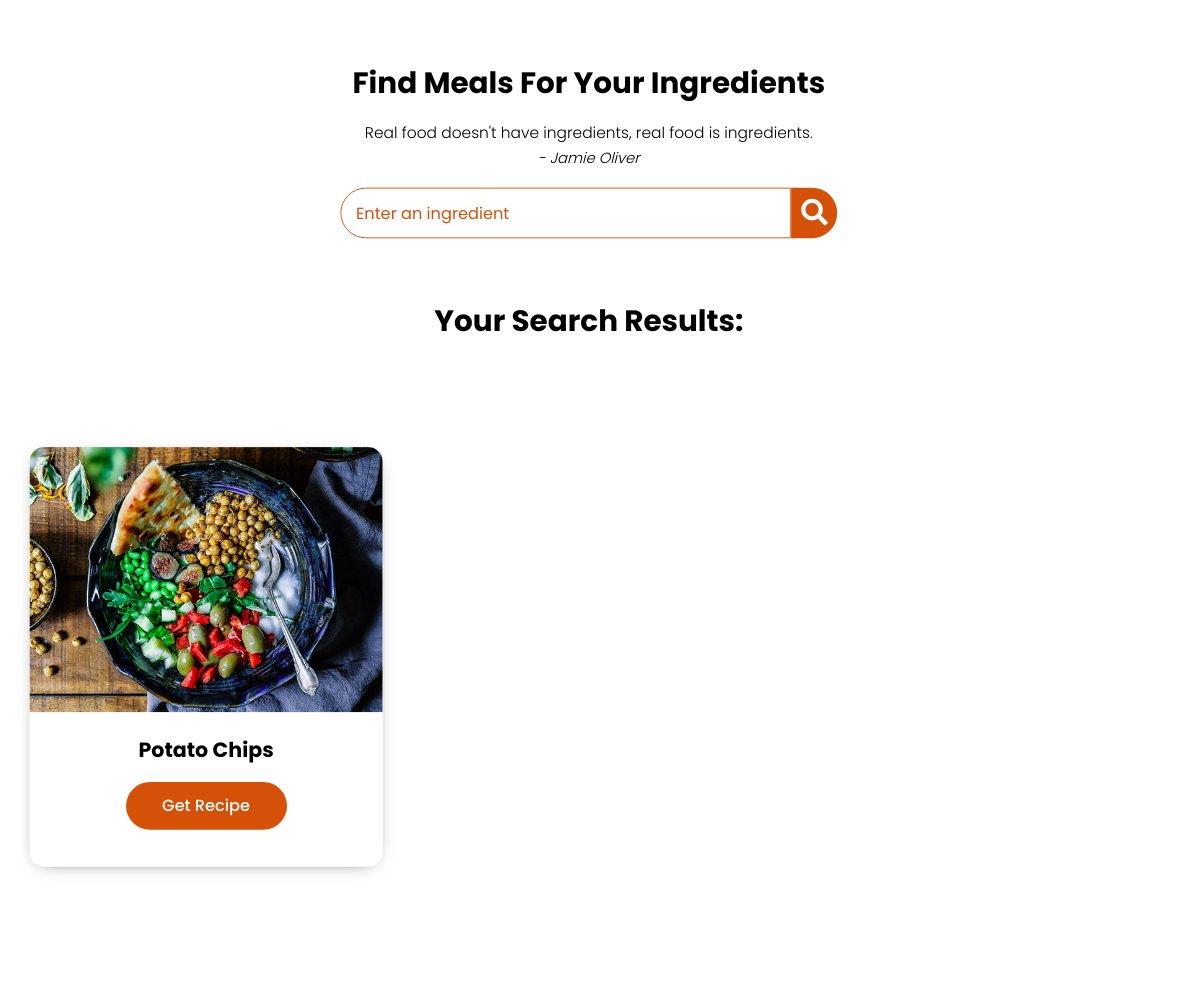
Repository: andrewhuynh561/javascipt
Page: Day 1/index.html
The author's editor kept a copy of each file at every save. The page is drawn from the files as they stood at one save, then again after the next save.
The browser window is 1280 px wide. The pictures show the whole page, at 92% of full size.

Above is the page before, as saved 2023-05-18 18:58:27.
Not found: Day 1/script.js

After the next save:
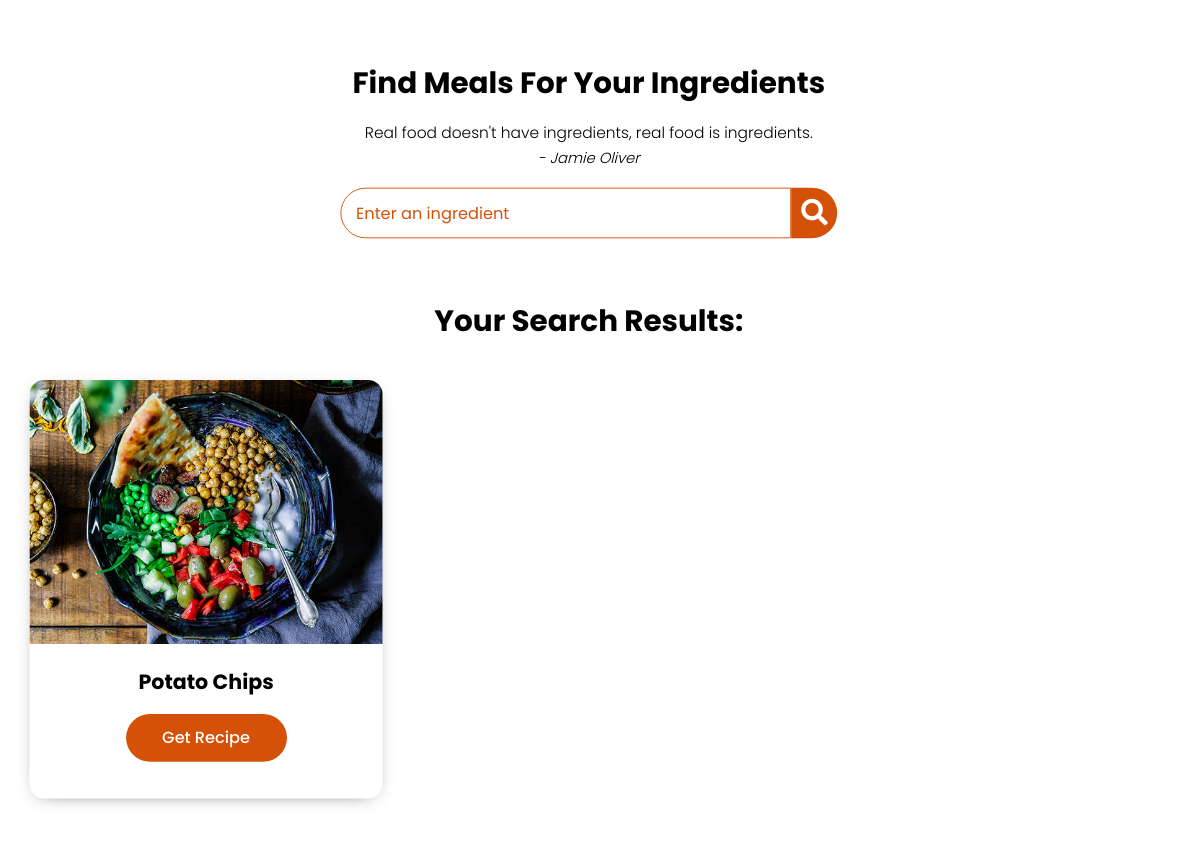
Saved 7 s later.
--- a/Day 1/style.css
+++ b/Day 1/style.css
@@ -92,7 +92,7 @@ body{
     margin-top: 4rem;
 }
 #meal{
-    margin: 7rem 0;
+    margin: 2.4rem 0;
 }
 .meal-item{
     border-radius: 1rem;
